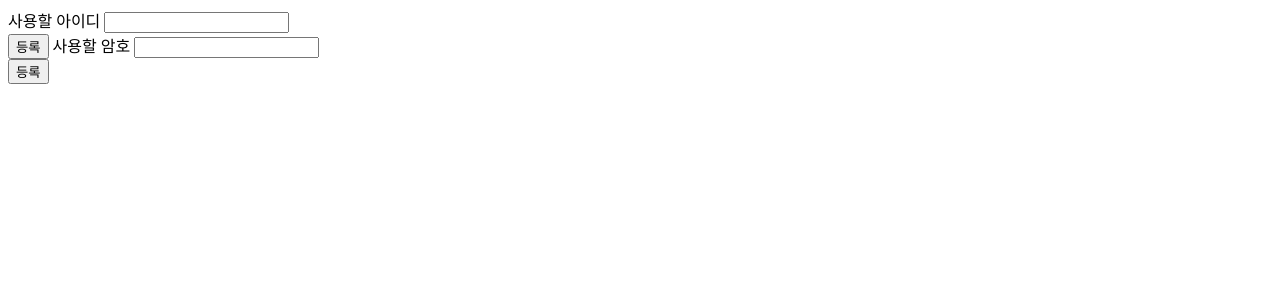
Repository: ybshim90/sesac1
Page: day_20211217_01_web/src/main/webapp/regist.html
The author's editor kept a copy of each file at every save. The page is drawn from the files as they stood at one save, then again after a run of saves.
The browser window is 1280 px wide. The pictures show the whole page.

Above is the page before, as saved 2021-12-17 03:36:20.

After the next 2 saves:
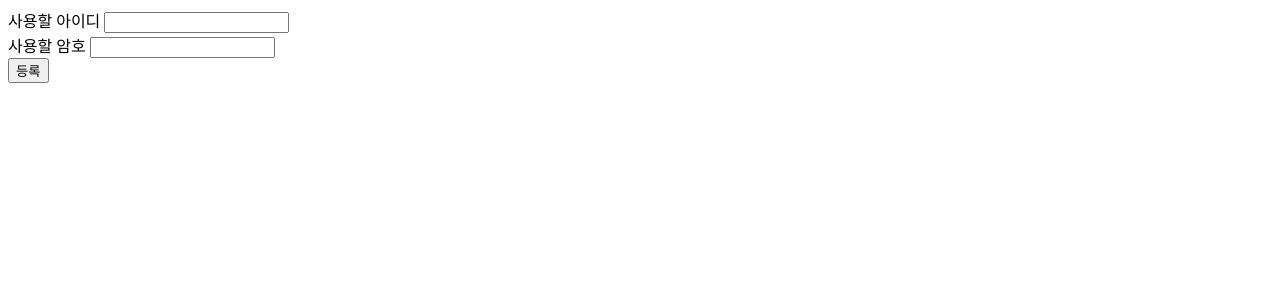
The 2 saves are shown as one change because they came seconds apart.
The last was saved 11 s later.
--- a/day_20211217_01_web/src/main/webapp/regist.html
+++ b/day_20211217_01_web/src/main/webapp/regist.html
@@ -8,10 +8,10 @@
 		<form action="jsp/form1.jsp">
 			사용할 아이디
 			<input type="text" name="memid"><br>
-			<input type="submit" value="등록">
 
 			사용할 암호
 			<input type="password" name="mempw"><br>
+
 			<input type="submit" value="등록">
 
 		</form>
